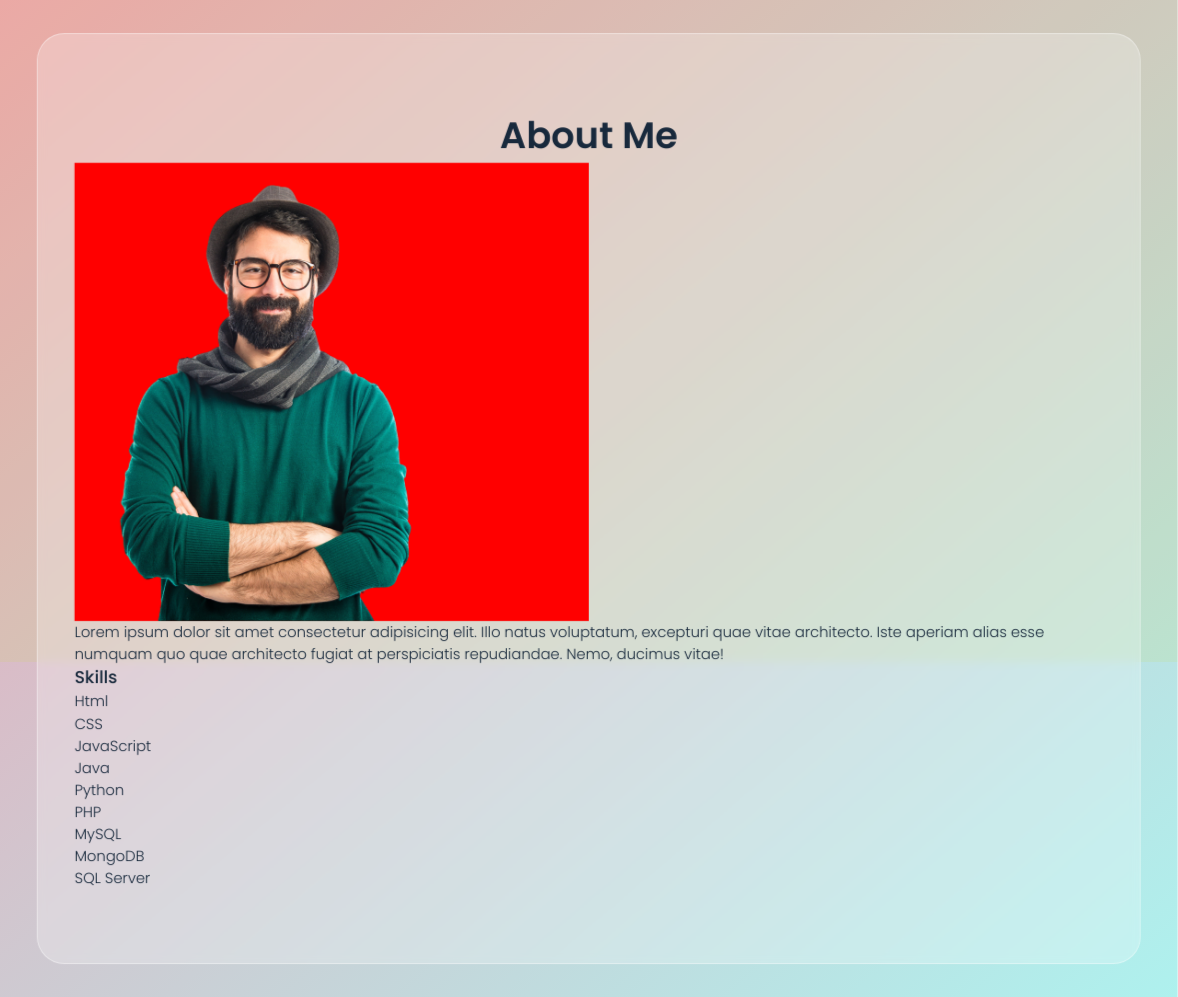
Repository: dewaary/Glassmorp-me
Page: index.html
These files come from the project's save history. The page is drawn as it stood at one moment and after the next save; the edit follows.
The browser window is 1280 px wide. The pictures show the whole page, at 92% of full size.

Above is the page before, as saved 2021-05-25 15:24:38.
Not found: js/script,js

After the next save:
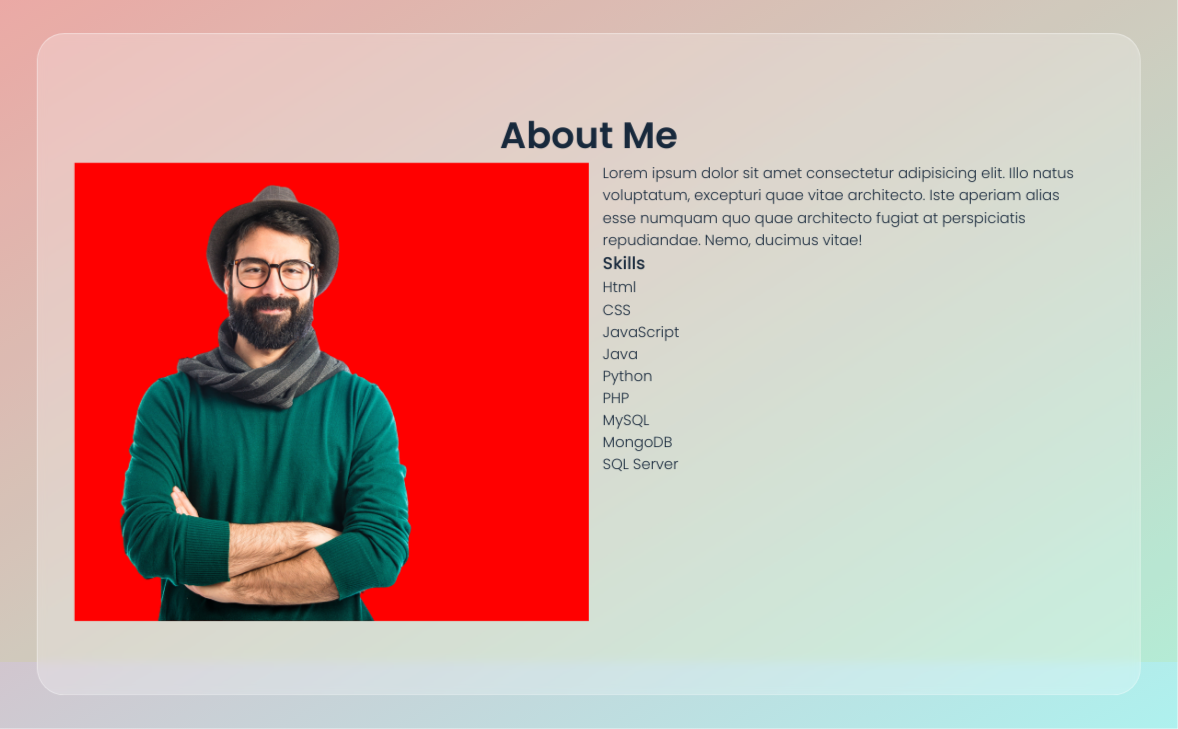
Saved 15 s later.
--- a/style.css
+++ b/style.css
@@ -240,3 +240,8 @@ Home Section */
   width: 50%;
   padding: 0 15px;
 }
+
+.about-text {
+  width: 50%;
+  padding: 0 15px;
+}
